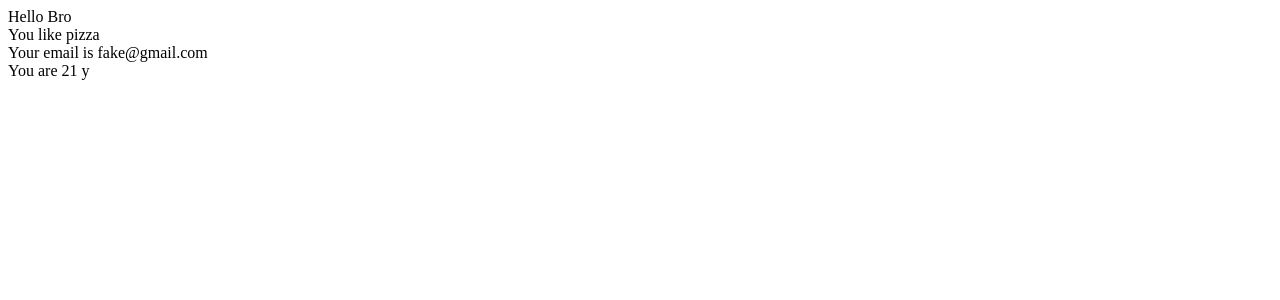
Repository: PannDev/BelajarPHP
Page: http://localhost/BroCode/2 - Variable/index.php
The author's editor kept a copy of each file at every save. The page is drawn from the files as they stood at one save, then again after the next save.
The browser window is 1280 px wide. The pictures show the whole page.
The page is run by PHP 8.4 with error messages shown; the project is at /var/www/html/.

Above is the page before, as saved 2026-10-10 17:00:30.

After the next save:
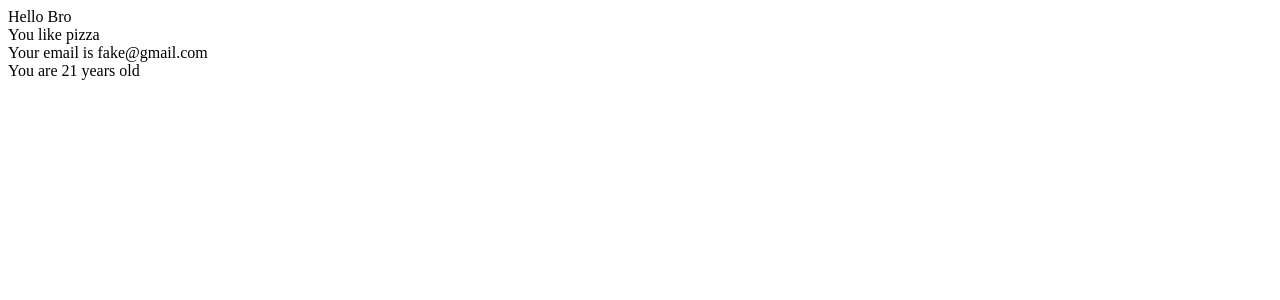
Saved 5 s later.
--- a/BroCode/2 - Variable/index.php
+++ b/BroCode/2 - Variable/index.php
@@ -8,6 +8,6 @@
     echo "Hello {$name}<br>";
     echo "You like {$food}<br>";
     echo "Your email is {$email}<br>";
-    echo "You are {$age} y"
+    echo "You are {$age} years old";
 
 ?>
